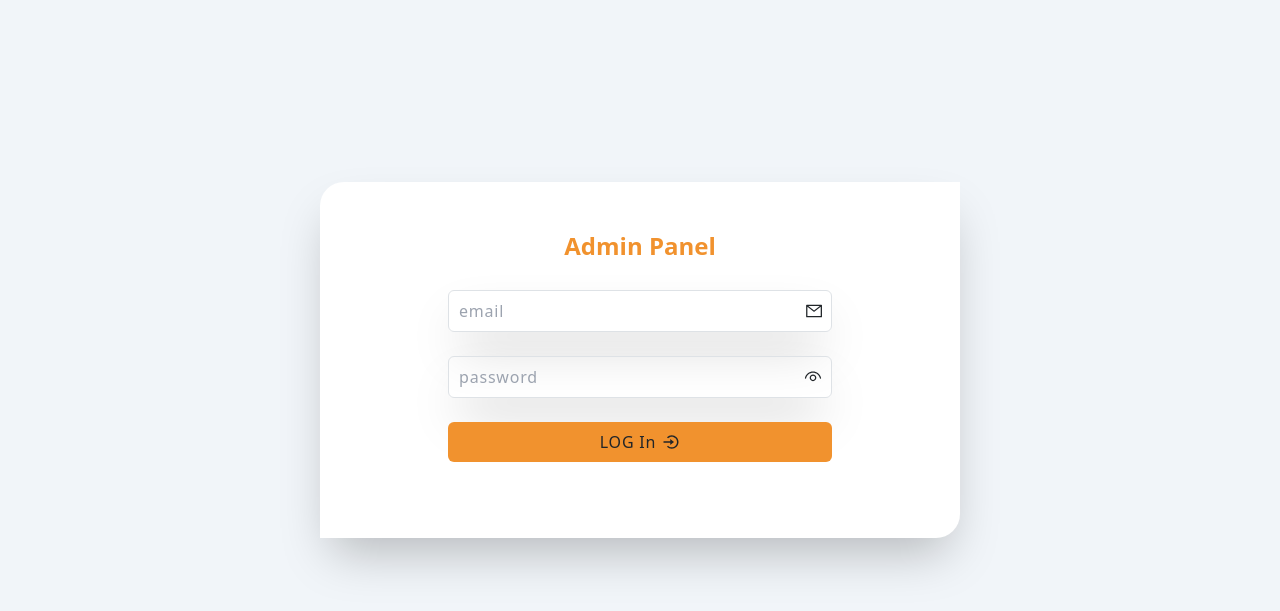
Repository: FlyweisReact/GPS-Tracker
Page: /
The author's editor kept a copy of each file at every save. The page is drawn from the files as they stood at one save, then again after a run of saves.
The browser window is 1280 px wide. The pictures show the whole page.
Some web libraries are served in a nearby version. The project was rebuilt for these pictures with package versions that can differ from the ones it lists, and the page was loaded fresh each time. Also part of the build but not shown: src/components/pages/Dashboard.jsx, src/components/pages/Customers/Customers.js, src/components/pages/Terms&Condition/Terms.js, src/components/pages/PrivacyPolicy/Privacy.js, src/components/pages/Help/Help.js, src/components/pages/Labours/Labour.js, src/components/pages/GenerateId/GenerateId.js, src/components/pages/Notifications/NotifyLabour.js and 9 more. Imported but missing from the stored project, and not drawn on this page: src/components/layout/HOC, src/components/pages/Cat/Cat, src/components/pages/Payment/Servie.

Above is the page before, as saved 2023-06-30 16:00:31.

After the next 2 saves:
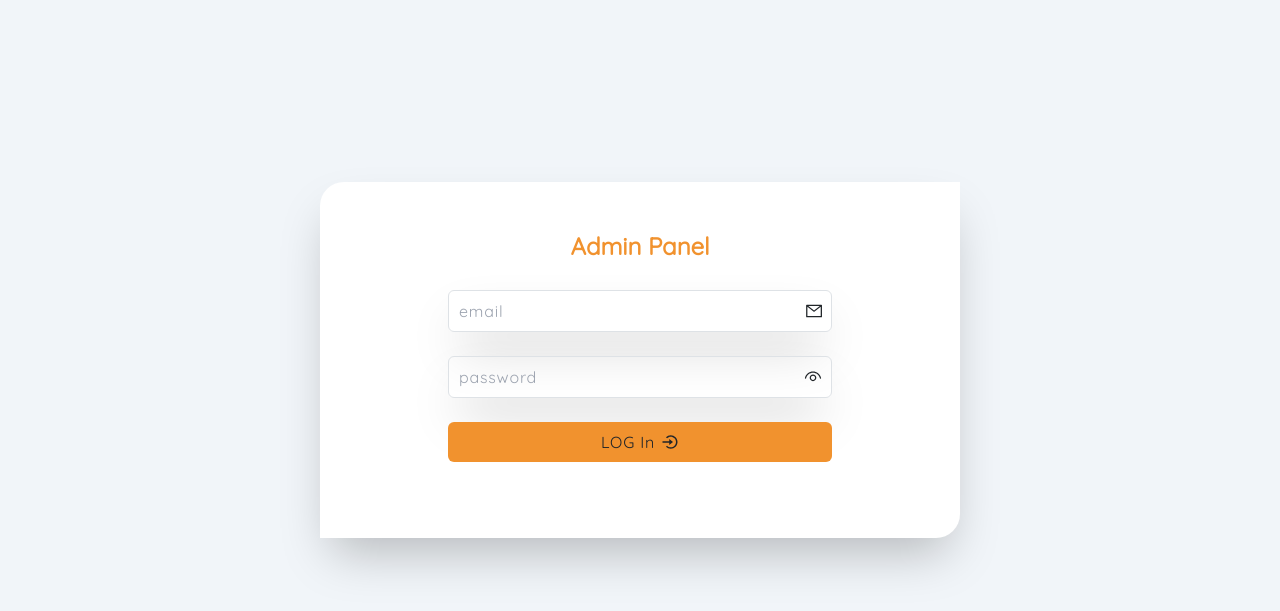
The 2 saves are shown as one change because they came seconds apart.
The last was saved 12 s later.
--- a/src/index.css
+++ b/src/index.css
@@ -6,12 +6,12 @@
 
 body {
   margin: 0;
-  font-family: Quicksand;
+  font-family: Quicksand !important;
   -webkit-font-smoothing: antialiased;
   -moz-osx-font-smoothing: grayscale;
 }
 code {
-  font-family:Quicksand;
+  font-family:Quicksand !important;
 }
 
 /* Wcomponents */
